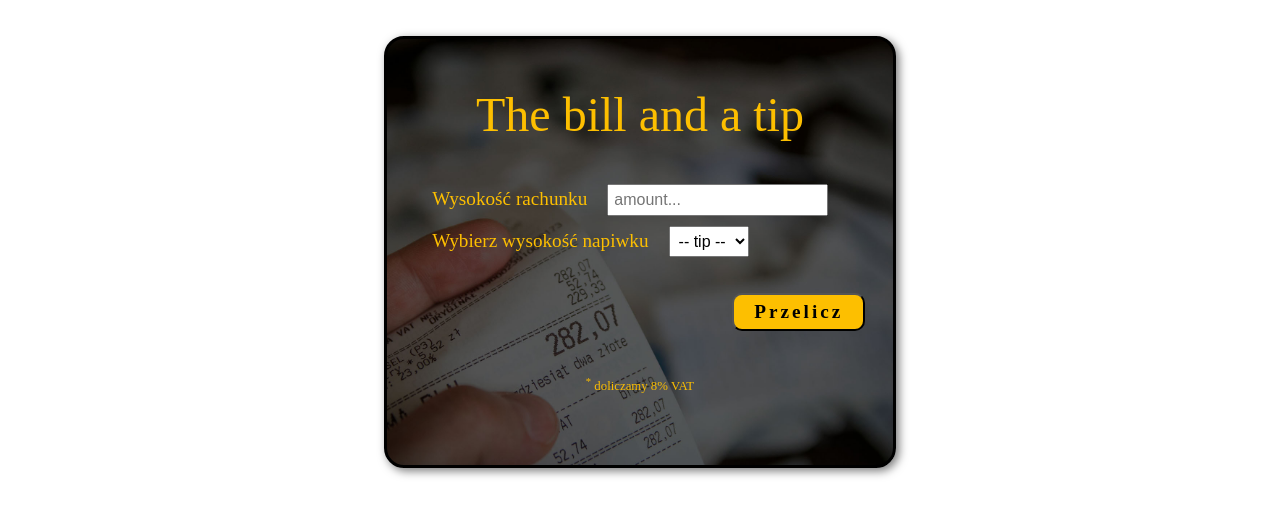
Repository: KrzysKolo/sr_tydzien4_zad1
Page: /
The author's editor kept a copy of each file at every save. The page is drawn from the files as they stood at one save, then again after the next save.
The browser window is 1280 px wide. The pictures show the whole page.
Some web fonts or font styles are not loaded; a fallback is used. The project was rebuilt for these pictures with package versions that can differ from the ones it lists, and the page was loaded fresh each time.

Above is the page before, as saved 2020-11-06 14:33:09.

### public/index.html
<!DOCTYPE html>
<html lang="en">
  <head>
    <meta charset="utf-8" />
    <link rel="icon" href="%PUBLIC_URL%/favicon.ico" />
    <meta name="viewport" content="width=device-width, initial-scale=1" />
    <meta name="theme-color" content="#000000" />
    <meta
      name="description"
      content="Web site created using create-react-app"
    />
    <link rel="apple-touch-icon" href="%PUBLIC_URL%/logo192.png" />
    <!--
      manifest.json provides metadata used when your web app is installed on a
      user's mobile device or desktop. See https://developers.google.com/web/fundamentals/web-app-manifest/
    -->
    <link rel="manifest" href="%PUBLIC_URL%/manifest.json" />
    <!--
      Notice the use of %PUBLIC_URL% in the tags above.
      It will be replaced with the URL of the `public` folder during the build.
      Only files inside the `public` folder can be referenced from the HTML.

      Unlike "/favicon.ico" or "favicon.ico", "%PUBLIC_URL%/favicon.ico" will
      work correctly both with client-side routing and a non-root public URL.
      Learn how to configure a non-root public URL by running `npm run build`.
    -->
    <link href="https://fonts.googleapis.com/css2?family=Calligraffitti&family=Shadows+Into+Light+Two&family=Skranji&display=swap" rel="stylesheet">
    <title>Bill and tip</title>
  </head>
  <body>
    <noscript>You need to enable JavaScript to run this app.</noscript>
    <div id="root"></div>
    <!--
      This HTML file is a template.
      If you open it directly in the browser, you will see an empty page.

      You can add webfonts, meta tags, or analytics to this file.
      The build step will place the bundled scripts into the <body> tag.

      To begin the development, run `npm start` or `yarn start`.
      To create a production bundle, use `npm run build` or `yarn build`.
    -->
  </body>
</html>

### src/App.js
import './App.css';
import BillCard from './components/BillCard';
const App = () => {
  return (
    <div>
      <BillCard/>
    </div>
   );
}

export default App;

### src/components/BillCard.js
import React, { Component } from 'react';
import HeaderCard from './HeaderCard';
import SectionCard from './SectionCard';
import FooterCard from './FooterCard';
import './BillCard.css';
class BillCard extends Component {
    state = {  }
    render() {
        return (
            <div className="billCard__wrapper">
                <HeaderCard/>
                <SectionCard />
                <FooterCard />
            </div>
         );
    }
}

export default BillCard;

### src/components/HeaderCard.js
import React from 'react';
const HeaderCard = () => {
    return (
        <div className="billCard__header">
            The bill and a tip
        </div>
     );
}

export default HeaderCard;

### src/components/SectionCard.js
import React, { Component } from 'react';
import FormCard from './FormCard';

class SectionCard extends Component {
    state = {
        bill: {
            amount: "",
            tip: 0,
        },
        results: 0,
        show: true,
    }
     handleChange = e => {
        let  newBill = {
         ...this.state.bill,
         [e.target.name]: e.target.value,
         }

         this.setState({
             bill: newBill
         })
     }
     handleConvert = (e) => {
        e.preventDefault();
        const price = parseFloat(this.state.bill.amount)*1.08;
        const tip = parseFloat(this.state.bill.tip);
        const suma = (price+(price*tip)).toFixed(2);
         this.setState({
            results: suma,
            bill: {
                amount: "",
                tip: 0,
            },
            show: false,
         })
     }

     render() {

        return  this.state.show ? <FormCard bill={this.state.bill} result={this.state.result} show={this.state.show} handleChange={this.handleChange} handleConvert={this.handleConvert}/> :  <section className="billCard__section billCard__section--background"><p>Twój rachunek: {this.state.results} zł</p></section> ;
    }
}

export default SectionCard;

### src/components/FooterCard.js
import React from 'react';
const FooterCard = () => {
    return (
        <footer className="billCard__footer">
            <sup>*</sup> doliczamy 8% VAT
        </footer>
     );
}

export default FooterCard;

### src/components/BillCard.css
.billCard__wrapper {
  width: 40vw;
  height: 60vh;
  background: url("./../image/bill.jpg");
  background-size: cover;
  border: 3px solid black;
  border-radius: 20px;
  box-shadow: 3px 3px 10px #7a7a7a;
  display: flex;
  flex-direction: column;
  align-items: center;
  margin: 5vh auto;
}
.billCard__header {
  font-family: "Skranji", cursive;
  font-size: 3rem;
  color: rgb(253, 191, 0);
  margin-top: 3rem;
}
.billCard__section {
  margin-top: 2rem;
  height: 40%;
  width: 90%;
}
.billCard__section--background {
  background-color: rgba(253, 191, 0, 0.2);
  border-radius: 10px;
  box-shadow: inset 3px 3px 5px black;
}
.billCard__section p {
  font-family: "Shadows Into Light Two", cursive;
  font-size: 2rem;
  margin: 2rem auto 0 auto;
  color: rgb(253, 191, 0);

  text-align: center;
}
.label__BillCard {
  font-family: "Shadows Into Light Two", cursive;
  font-size: 1.2rem;
  color: rgb(253, 191, 0);
  padding: 20px;
}
.form__items {
  font-size: 1rem;
  padding: 5px;
  margin-top: 10px;
}
.btn__BillCard {
  font-family: "Shadows Into Light Two", cursive;
  font-size: 1.2rem;
  background-color: rgb(253, 191, 0);
  border-radius: 10px;
  cursor: pointer;
  margin: 5vh auto 2vh 25vw;
  padding: 6px 20px;
  transition: all ease-in-out 0.3s;
  letter-spacing: 3px;
  font-weight: bold;
}
.btn__BillCard:hover {
  background-color: rgba(253, 191, 0, 0.07);
  color: rgb(253, 191, 0);
}
.billCard__footer {
  color: rgb(253, 191, 0);
  font-family: "Shadows Into Light Two", cursive;
  font-size: 0.8rem;
  margin-top: 2rem;
}

### src/components/FormCard.js

import React from 'react';
const  FormCards = (props) => {
    return (
        <section className="billCard__section">
        <form>
            <label className="label__BillCard" htmlFor="form__input-amount">Wysokość rachunku</label>
            <input className="form__items"
                       type="text"
                       id="form__input-amount"
                       name="amount"
                       placeholder="amount..."
                       onChange={props.handleChange}
                       value={props.amount} /><br/>
            <label className="label__BillCard" htmlFor="form__select">Wybierz wysokość napiwku</label>
            <select className="form__items"
                           name="tip"
                           id="form__select"
                           onChange={props.handleChange}
                           value={props.tip}>
                               <option value=""> -- tip -- </option>
                               <option value="0.05">5%</option>
                               <option value="0.10">10%</option>
                               <option value="0.15">15%</option>
                               <option value="0.20">20%</option>
                </select> <br />
                <button className="btn__BillCard" type="submit" onClick={props.handleConvert}>Przelicz</button>
        </form>
    </section>
     );
}
export default FormCards;

Loaded but not shown: src/index.js (common file); src/index.css (common file); src/App.css (common file)

After the next save:
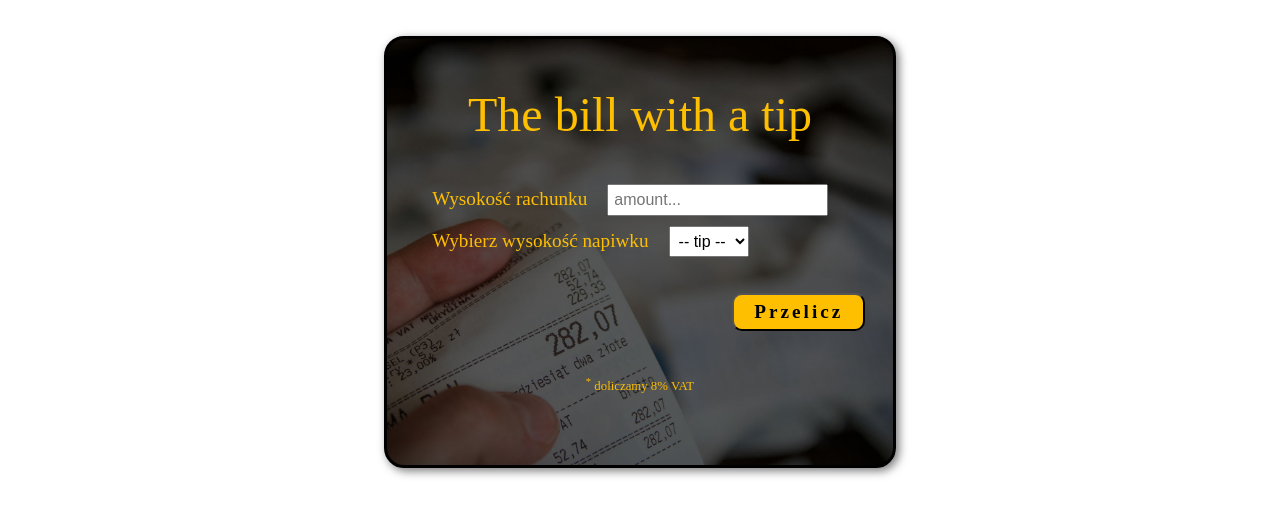
Saved 69 s later.
--- a/src/components/HeaderCard.js
+++ b/src/components/HeaderCard.js
@@ -2,7 +2,7 @@ import React from 'react';
 const HeaderCard = () => {
     return (
         <div className="billCard__header">
-            The bill and a tip
+            The bill with a tip
         </div>
      );
 }
